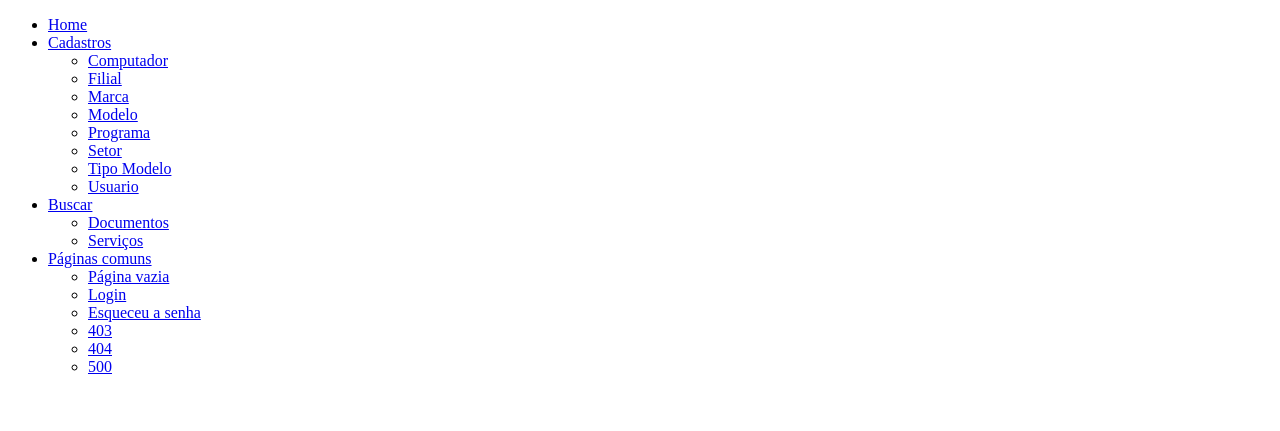
Repository: viniciuscok/COMPUTADORES
Page: http://localhost/layout/fragments/MenuLateral
The author's editor kept a copy of each file at every save. The page is drawn from the files as they stood at one save, then again after the next save.
The browser window is 1280 px wide. The pictures show the whole page.
The page is this project's Thymeleaf template; nobody is signed in. The template is opened directly, without the code that normally fills it, so the values that code supplies are empty.

Above is the page before, as saved 2018-04-25 01:30:15.

### PROJETO/computadores/src/main/resources/templates/layout/fragments/MenuLateral.html
<!DOCTYPE html>
<html lang="pt" xmlns="http://www.w3.org/1999/xhtml"
	xmlns:th="http://www.thymeleaf.org">

<body>
<aside class="aw-layout-sidebar  js-sidebar" th:fragment="layout-sidebar">
	<div class="aw-layout-sidebar__content">

		<nav class="aw-menu  js-menu">
			<ul class="aw-menu__list">

				<li class="aw-menu__item"><a th:href="@{/}"><i
						class="fa  fa-fw  fa-home"></i><span>Home</span></a>
				</li>

				<li class="aw-menu__item  is-active">
					<a href="#"> <i class="fa fa-fw fa-user-plus"></i><span>Cadastros</span> <i
						class="aw-menu__navigation-icon  fa"></i>
					</a>

					<ul class="aw-menu__list  aw-menu__list--sublist">
						<li class="aw-menu__item  aw-menu__item--link">
							<a th:href="@{/computadores/novo}">Computador</a>
						</li>
						<li class="aw-menu__item  aw-menu__item--link">
							<a th:href="@{/filiais/nova}">Filial</a>
						</li>
						<li class="aw-menu__item  aw-menu__item--link  is-active">
							<a th:href="@{/marcas/nova}">Marca</a>
						</li>
						<li class="aw-menu__item  aw-menu__item--link  is-active">
							<a th:href="@{/modelos/novo}">Modelo</a>
						</li>
						<li class="aw-menu__item  aw-menu__item--link">
							<a th:href="@{/programas/novo}">Programa</a>
						</li>
						<li class="aw-menu__item  aw-menu__item--link">
							<a th:href="@{/setores/novo}">Setor</a>
						</li>
						<li class="aw-menu__item  aw-menu__item--link">
							<a th:href="@{/tipomodelos/novo}">Tipo Modelo</a>
						</li>
						<li class="aw-menu__item  aw-menu__item--link">
							<a th:href="@{/usuarios/novo}">Usuario</a>
						</li>
					</ul>
				</li>

				<li class="aw-menu__item  is-active">
					<a href="#"> <i class="fa fa-fw fa-search"></i><span>Buscar</span> <i
						class="aw-menu__navigation-icon  fa"></i>
					</a>

					<ul class="aw-menu__list  aw-menu__list--sublist">
						<li class="aw-menu__item  aw-menu__item--link">
							<a th:href="@{/documentos}">Documentos</a>
						</li>
						<li class="aw-menu__item  aw-menu__item--link  is-active">
							<a th:href="@{/servicos}">Serviços</a>
						</li>
					</ul>
				</li>

				<li class="aw-menu__item  is-expanded"><a href="#"> <i
						class="fa  fa-fw  fa-file-text"></i><span>Páginas comuns</span> <i
						class="aw-menu__navigation-icon  fa"></i>
				</a>

					<ul class="aw-menu__list  aw-menu__list--sublist">
						<li class="aw-menu__item  aw-menu__item--link"><a
							href="pagina-vazia.html">Página vazia</a></li>
						<li class="aw-menu__item  aw-menu__item--link"><a
							href="login.html">Login</a></li>
						<li class="aw-menu__item  aw-menu__item--link"><a
							href="esqueceu-a-senha.html">Esqueceu a senha</a></li>
						<li class="aw-menu__item  aw-menu__item--link"><a
							href="403.html">403</a></li>
						<li class="aw-menu__item  aw-menu__item--link"><a
							href="404.html">404</a></li>
						<li class="aw-menu__item  aw-menu__item--link"><a
							href="500.html">500</a></li>
					</ul></li>
			</ul>
		</nav>
	</div>
</aside>
</body>
</html>

After the next save:
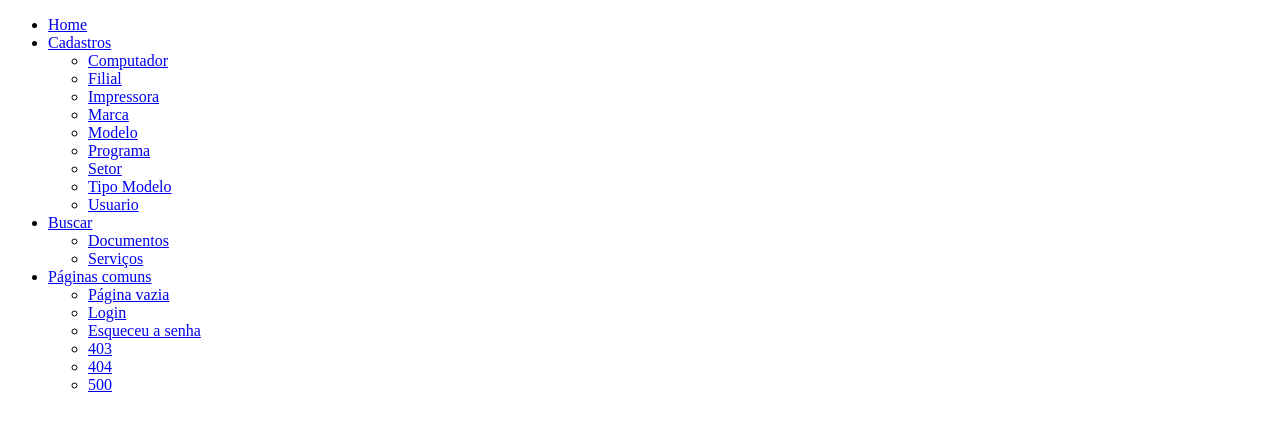
Saved 116 s later.
--- a/PROJETO/computadores/src/main/resources/templates/layout/fragments/MenuLateral.html
+++ b/PROJETO/computadores/src/main/resources/templates/layout/fragments/MenuLateral.html
@@ -24,6 +24,9 @@
 						</li>
 						<li class="aw-menu__item  aw-menu__item--link">
 							<a th:href="@{/filiais/nova}">Filial</a>
+						</li>
+						<li class="aw-menu__item  aw-menu__item--link  is-active">
+							<a th:href="@{/impressoras/nova}">Impressora</a>
 						</li>
 						<li class="aw-menu__item  aw-menu__item--link  is-active">
 							<a th:href="@{/marcas/nova}">Marca</a>
